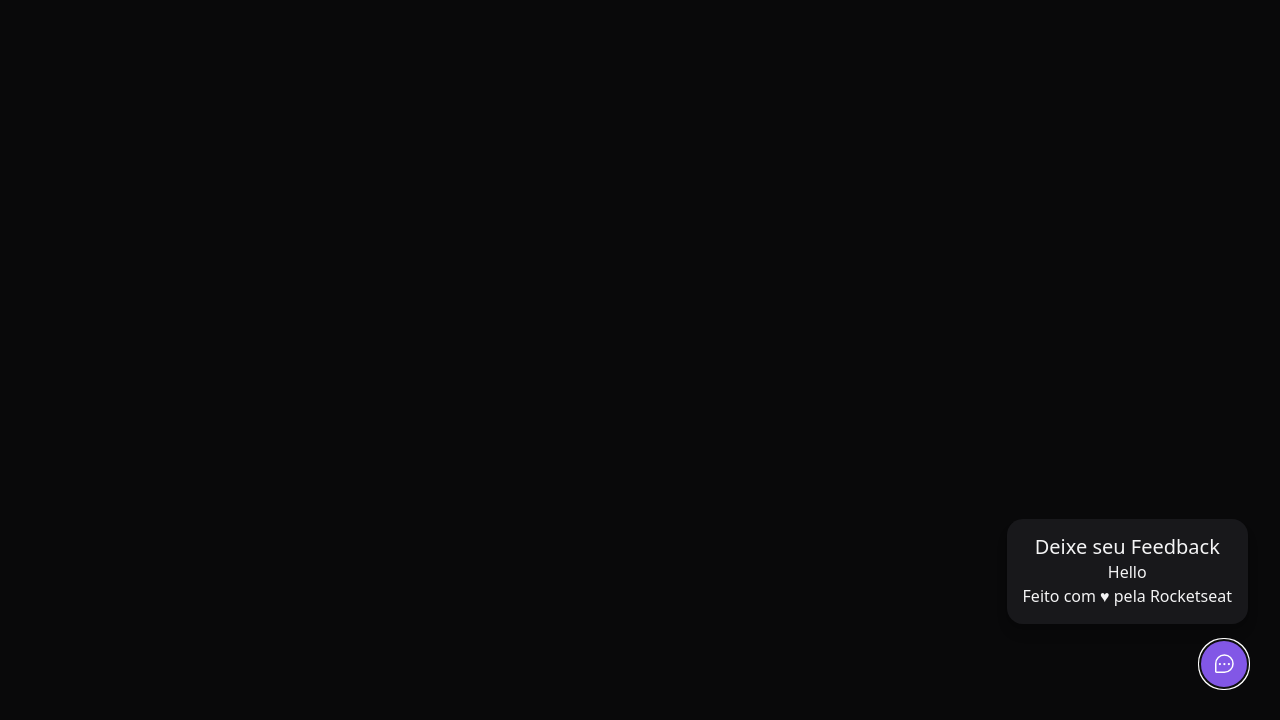
Repository: guilhermecardoso93/nlwreturn-react
Page: /, after clicking the first element matching `#headlessui-popover-button-4`
An editor plug-in stored every save of this project. The page is shown before and after the next save, followed by the edit.
The browser window is 1280 px wide. The pictures show the whole page.
The project was rebuilt for these pictures with package versions that can differ from the ones it lists, and the page was loaded fresh each time. Also part of the build but not shown: vite.config.ts.

Above is the page before, as saved 2022-05-03 20:55:33.

### src/main.tsx
import React from "react";
import ReactDOM from "react-dom";
import { App } from "./App";

import "./global.css";

ReactDOM.render(
  <React.StrictMode>
    <App />
  </React.StrictMode>,
  document.getElementById("root")
);

### src/App.tsx
import { Widget } from "./components/Widget";

export function App() {
  return (
    <>
      <Widget/>
    </>
  );
}

### src/global.css
@tailwind base;
@tailwind components;
@tailwind utilities;

body {
  @apply bg-[#09090a] text-zinc-100
}

### src/components/Widget.tsx
import { Popover } from "@headlessui/react";
import { ChatTeardropDots } from "phosphor-react";
import { WidgetForm } from "./WidgetForm";

export function Widget() {
  return (
    <>
      <Popover className="absolute bottom-4 right-4 md:bottom-8 md:right-8 flex flex-col items-end">
        <Popover.Panel>
          <WidgetForm/>
        </Popover.Panel>
        <Popover.Button className="bg-brand-500 rounded-full px-3 h-12 text-white flex items-center group">
          <ChatTeardropDots className="w-6 h-6" />
          <span className="max-w-0 overflow-hidden group-hover:max-w-xs transition-all duration-500 ease-linear">
            <span className="pl-2"></span>
            Feedback
          </span>
        </Popover.Button>
      </Popover>
    </>
  );
}

### src/components/WidgetForm.tsx
export function WidgetForm() {
  return (
    <div
      className="bg-zinc-900 p-4 relative rounded-2xl mb-4
              flex flex-col items-center shadow-lg w-[calc(100vw-2rem)] md:w-auto"
    >
      <header>
        <span className="text-xl leading-6">Deixe seu Feedback</span>
      </header>
      <p>Hello</p>
      <footer>Feito com ♥ pela Rocketseat</footer>
    </div>
  );
}

Loaded but not shown: index.html (common file); tailwind.config.js (common file)

After the next save:
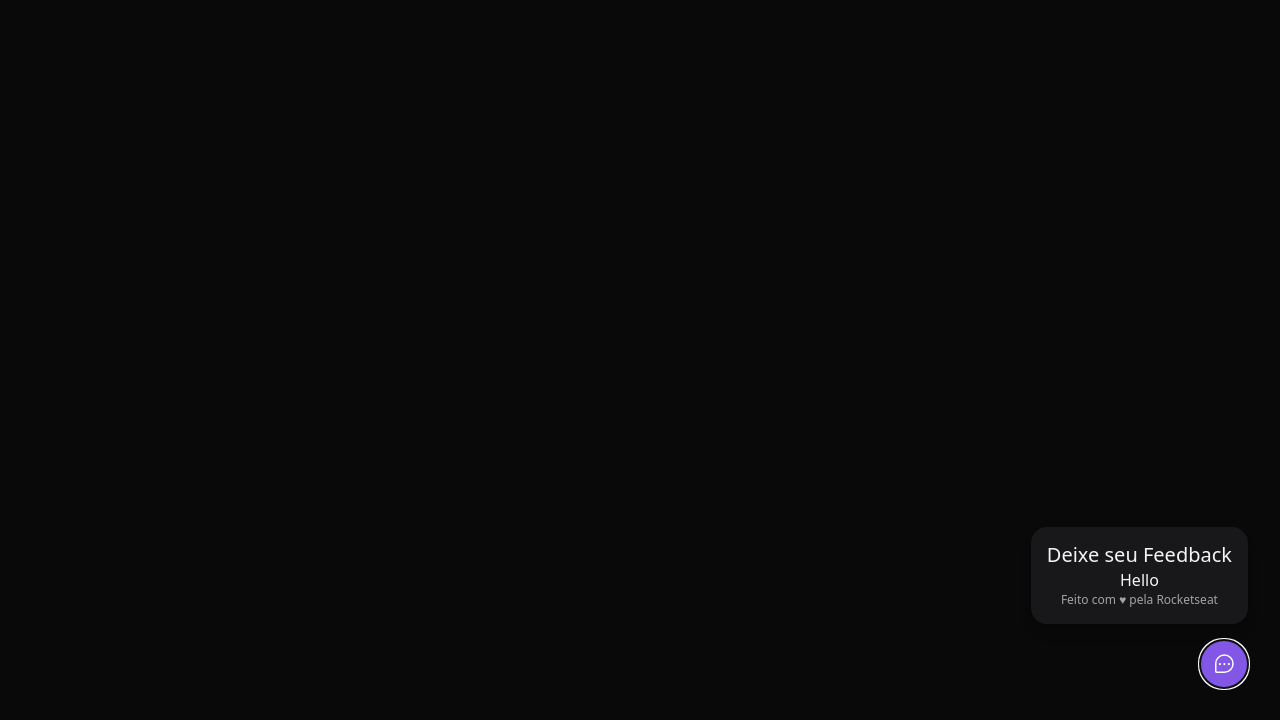
Saved 31 s later.
--- a/src/components/WidgetForm.tsx
+++ b/src/components/WidgetForm.tsx
@@ -8,7 +8,7 @@ export function WidgetForm() {
         <span className="text-xl leading-6">Deixe seu Feedback</span>
       </header>
       <p>Hello</p>
-      <footer>Feito com ♥ pela Rocketseat</footer>
+      <footer className="text-xs text-neutral-400">Feito com ♥ pela Rocketseat</footer>
     </div>
   );
 }
